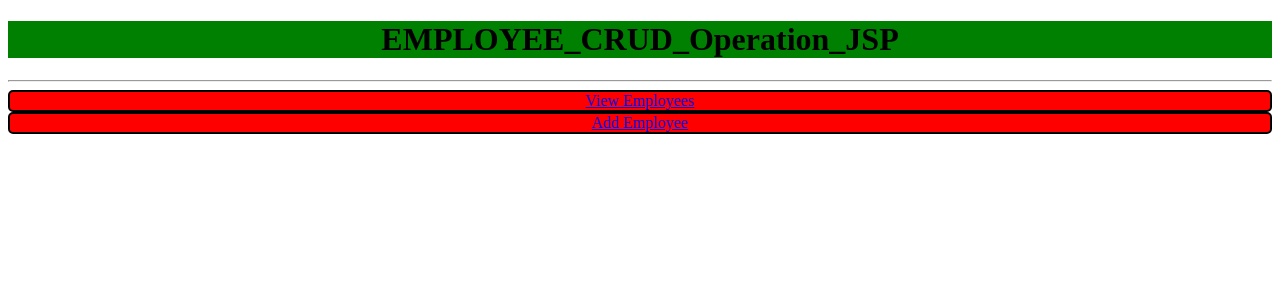
Repository: HarshZanwar2001/CRUD_Oprations_JAVA_JSP_MYSQL
Page: http://localhost/JSP_CRUD_Operation/
These files come from the project's save history. The page is drawn as it stood at one moment and after the next save; the edit follows.
The browser window is 1280 px wide. The pictures show the whole page.
The page is served by Tomcat 9.

Above is the page before, as saved 2024-12-01 05:27:22.

After the next save:
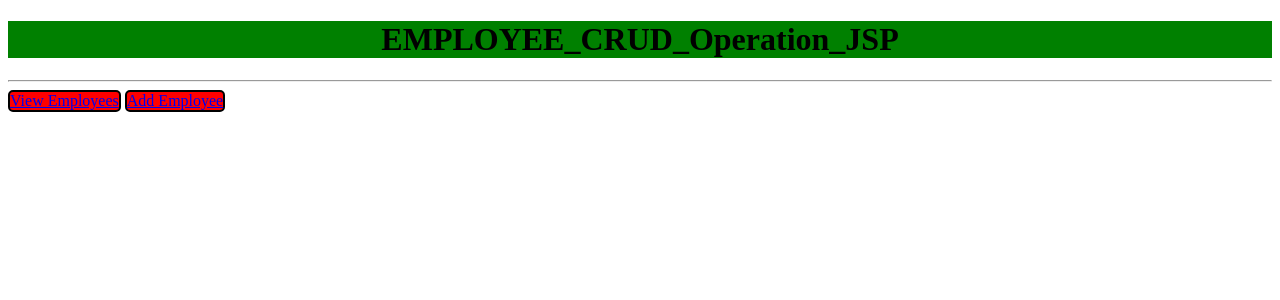
Saved 3 min 51 s later.
--- a/JSP_CRUD_Operation/src/main/webapp/index.jsp
+++ b/JSP_CRUD_Operation/src/main/webapp/index.jsp
@@ -12,6 +12,7 @@
  text-align: center;
 
 
+
  }
 
  #btnhome{
@@ -19,6 +20,10 @@
  border: 2px solid black;
  border-radius: 5px;
  text-align: center;
+ flex:auto;
+ display: inline-block;
+ align-content: center;
+
  }
 
 
